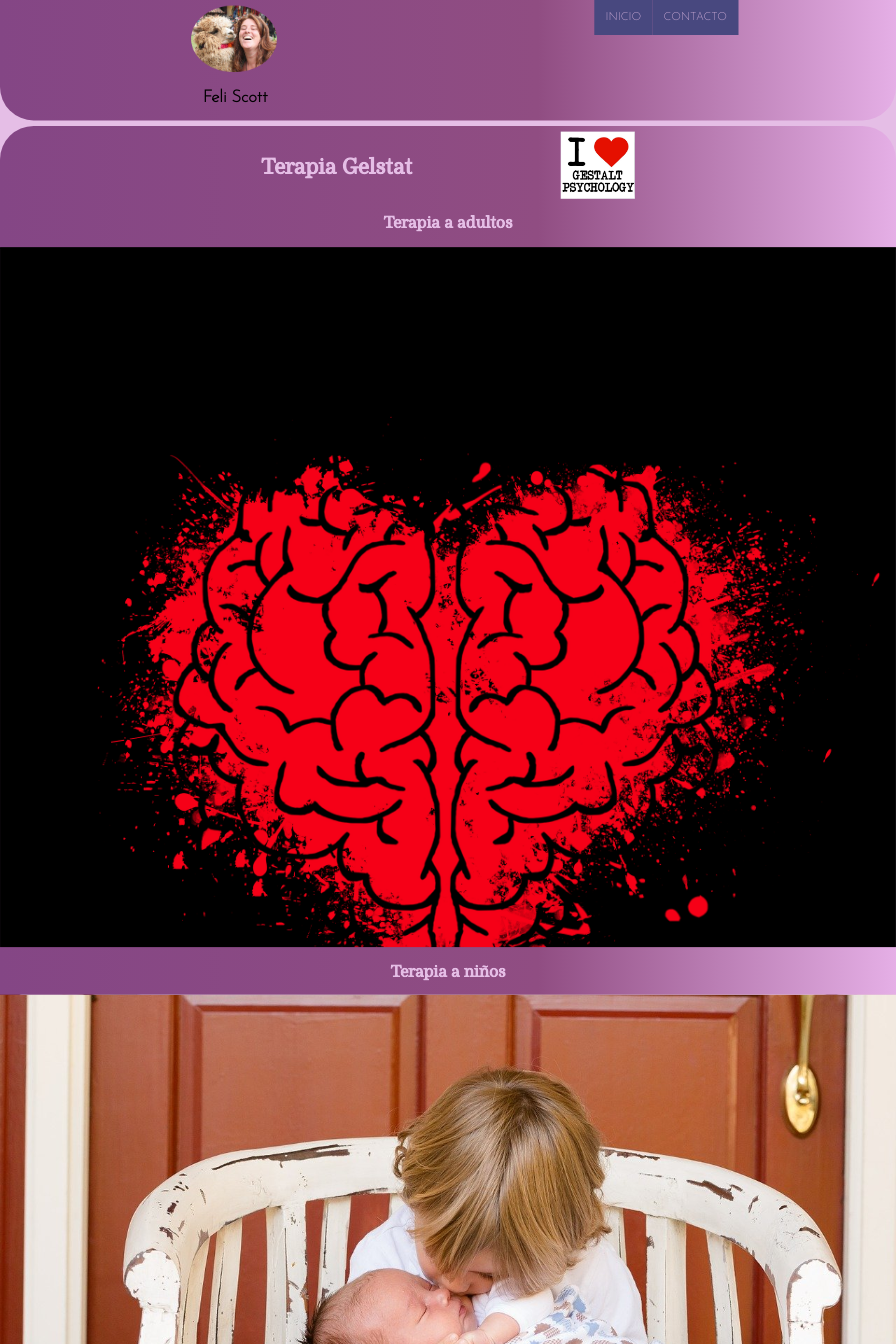
Repository: Jogalso/webPsicologa
Page: /
These files come from the project's save history. The page is drawn as it stood at one moment and after the next save; the edit follows.
The browser window is 1280 px wide. The pictures show the part of the page from y = 0 to 1920 px (the page is 5101 px tall), at 70% of full size.
Backgrounds fixed to the window are drawn as part of the page. The project was rebuilt for these pictures with package versions that can differ from the ones it lists, and the page was loaded fresh each time. Some packages were replaced by stand-ins written for this rebuild. The framework's server and built-in components were replaced by stand-ins that run in the browser.

Above is the page before, as saved 2021-07-13 11:58:24.

After the next save:
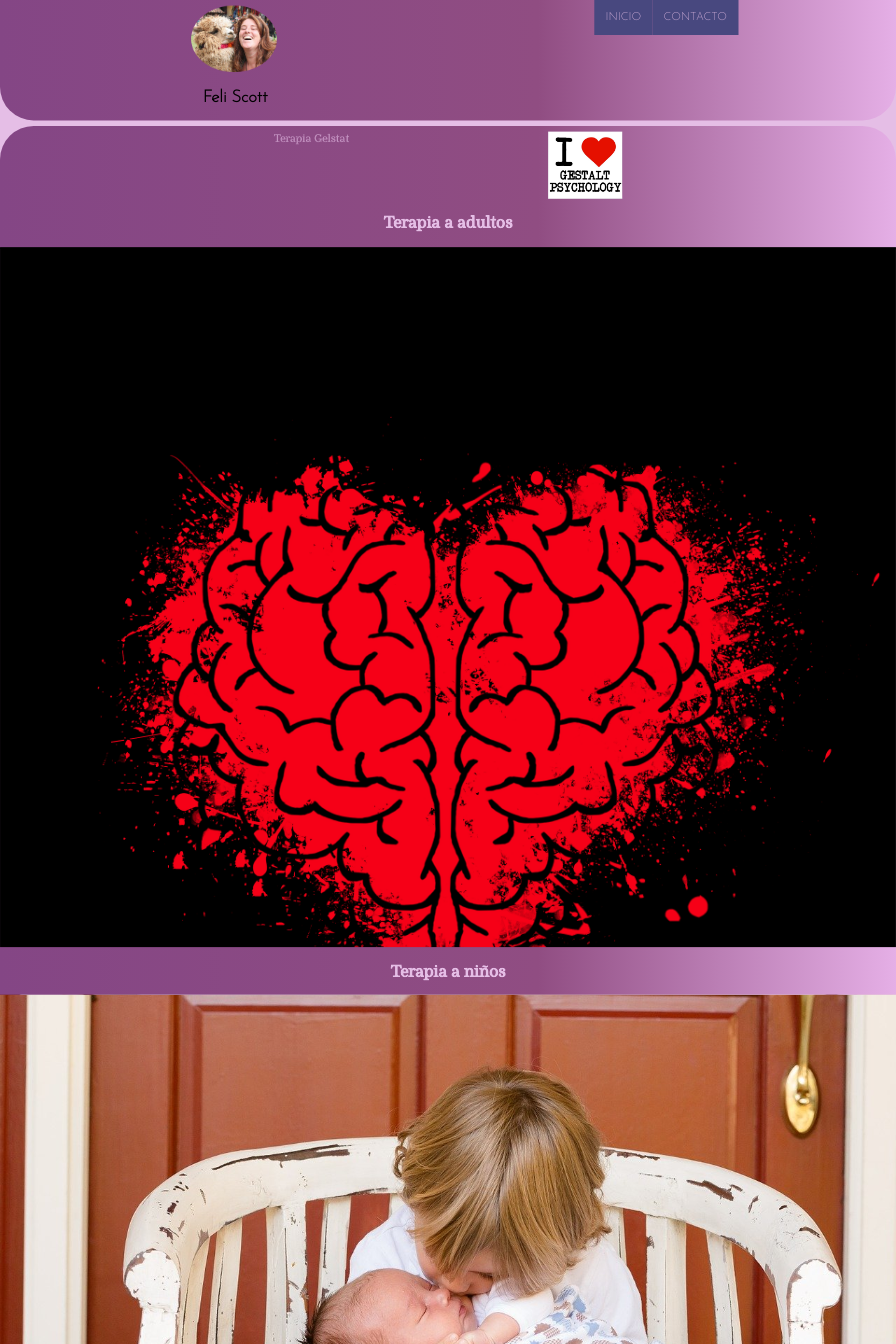
Saved 27 s later.
--- a/components/Terapias.jsx
+++ b/components/Terapias.jsx
@@ -5,7 +5,7 @@ export default function Terapias() {
         <div>
             <div className="Terapias">
                 <div className="Terapia__titulo">
-                    <h1>Terapia Gelstat</h1>
+                    <span className="titulo">Terapia Gelstat</span>
                     <p></p>
                     <img className="Terapias__img" src="../imagenes/ILoveGestalt.png"/>
                 </div>
